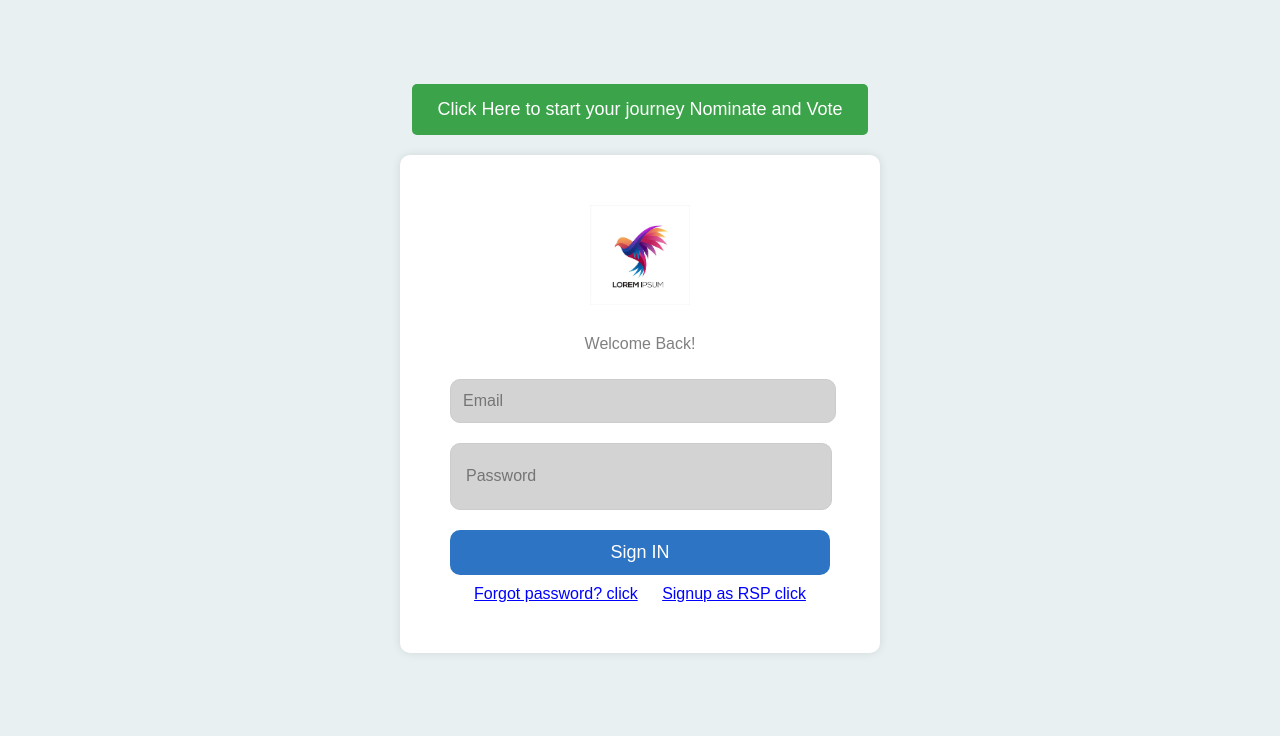
Repository: Femi007-gh/welcome
Page: index.html
These files come from the project's save history. The page is drawn as it stood at one moment and after the next save; the edit follows.
The browser window is 1280 px wide. The pictures show the whole page.
Some web libraries are served in a nearby version.

Above is the page before, as saved 2025-03-10 18:18:11.

After the next save:
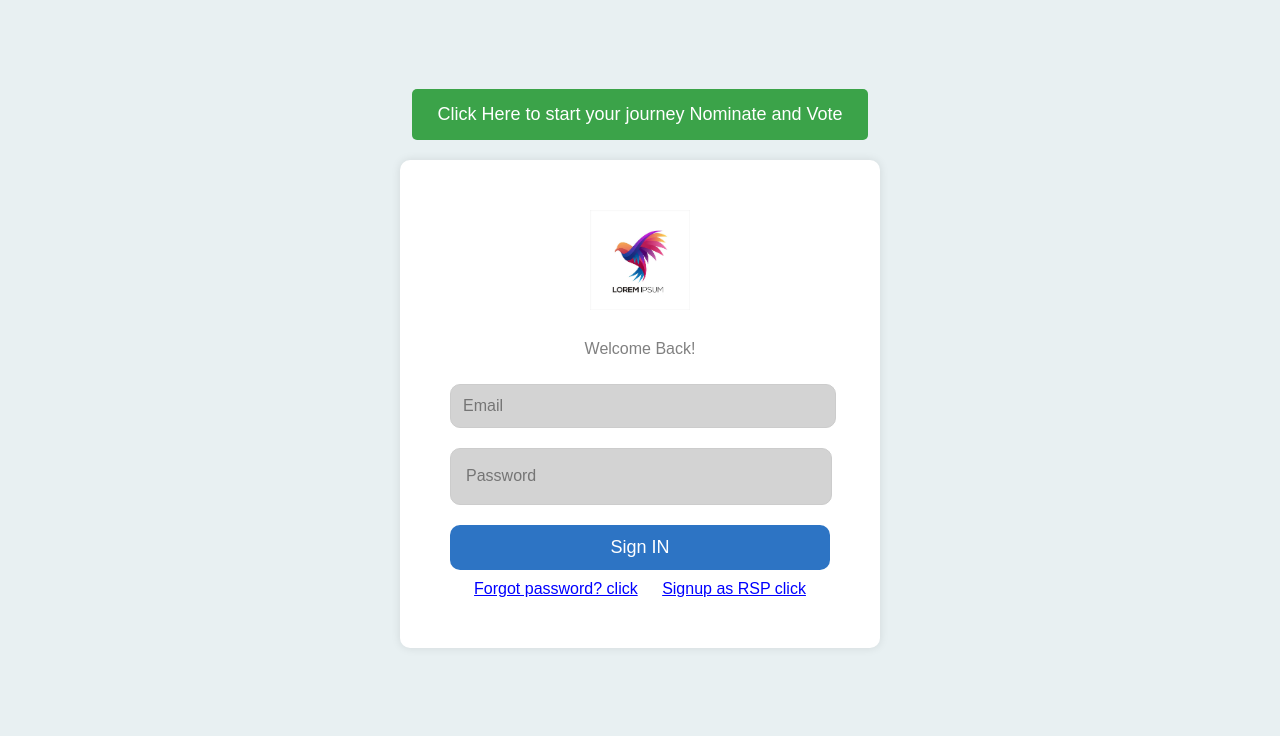
Saved 8 s later.
--- a/index.html
+++ b/index.html
@@ -96,7 +96,7 @@
             text-decoration: underline;
         }
         .fit {
-          height: 15px;
+          height: 5px;
         }
     </style>
 </head>
